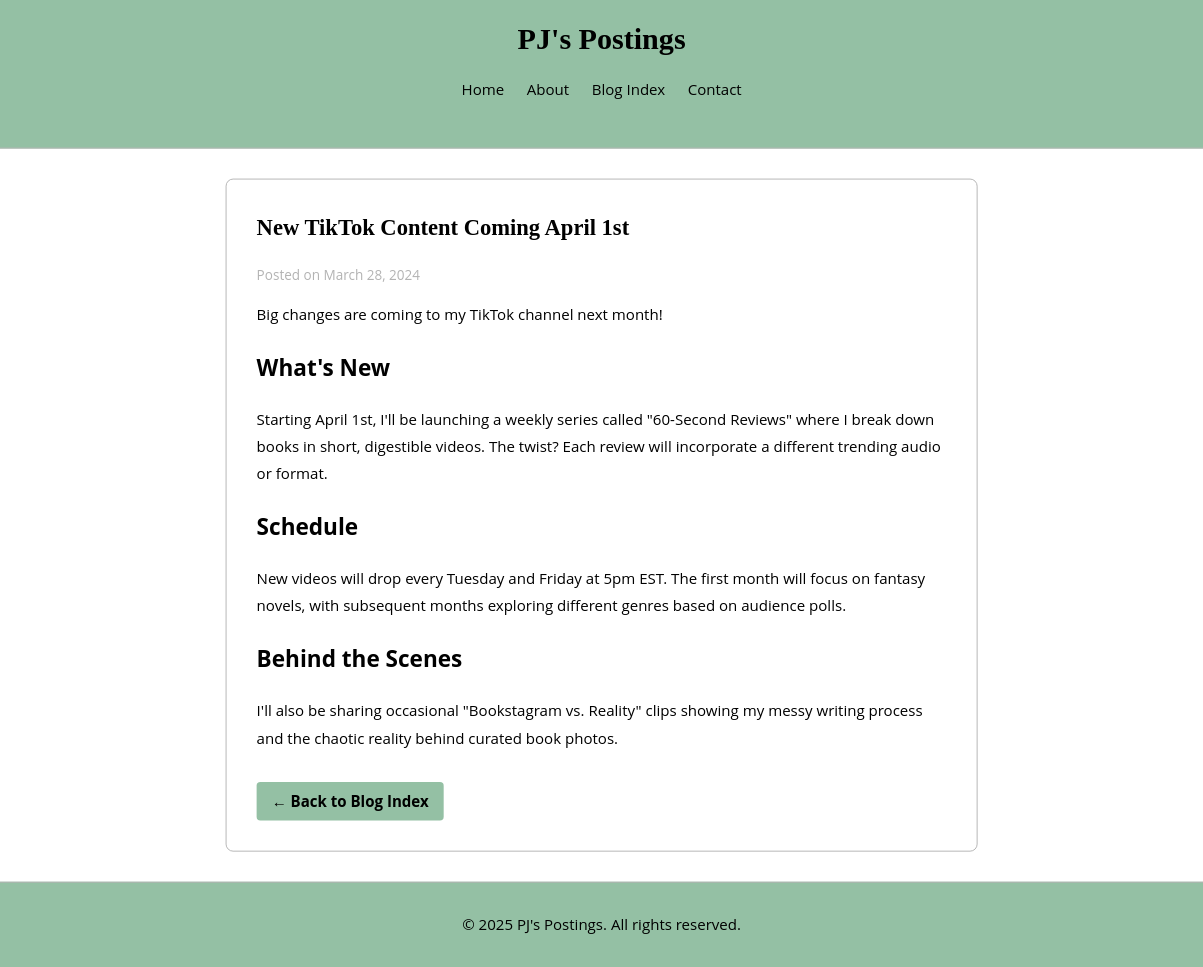
Repository: pjpatrick071/pjpatrick071.github.io
Page: posts/alternate-universes.html
These files come from the project's save history. The page is drawn as it stood at one moment and after the next save; the edit follows.
The browser window is 1280 px wide. The pictures show the whole page, at 94% of full size.

Above is the page before, as saved 2025-04-02 23:38:19.

### posts/alternate-universes.html
<!DOCTYPE html>
<html lang="en">
<head>
    <meta charset="UTF-8">
    <meta name="viewport" content="width=device-width, initial-scale=1.0">
    <title>New TikTok Content | PJ's Postings</title>
    <!-- All the same CSS as snail-trail.html -->
    <style>
        :root {
            --soft-green: #94c0a4;
            --silver: #b3b3b3;
            --black: #000000;
            --white: #ffffff;
        }
        body {
            font-family: 'Open Sans', sans-serif;
            line-height: 1.6;
            margin: 0;
            padding: 0;
            background-color: var(--white);
            color: var(--black);
        }
        header {
            background-color: var(--soft-green);
            padding: 1rem 0;
            text-align: center;
            border-bottom: 1px solid var(--silver);
        }
        .logo {
            font-size: 2rem;
            font-weight: bold;
            margin: 0;
            color: var(--black);
            font-family: 'Playfair Display', serif;
        }
        nav ul {
            padding: 0;
            list-style: none;
            display: flex;
            justify-content: center;
            gap: 1.5rem;
            margin: 1rem 0;
        }
        nav a {
            text-decoration: none;
            color: var(--black);
            font-weight: 500;
            transition: color 0.3s;
        }
        nav a:hover {
            color: var(--silver);
        }
        .container {
            max-width: 800px;
            margin: 2rem auto;
            padding: 0 1rem;
        }
        .blog-post {
            background-color: var(--white);
            border: 1px solid var(--silver);
            border-radius: 8px;
            padding: 2rem;
            margin-bottom: 2rem;
        }
        .post-title {
            color: var(--black);
            margin-top: 0;
            font-family: 'Playfair Display', serif;
        }
        .post-meta {
            color: var(--silver);
            font-size: 0.9rem;
            margin-bottom: 1rem;
        }
        .post-content {
            line-height: 1.8;
            margin-bottom: 2rem;
        }
        .post-content img {
            max-width: 100%;
            height: auto;
            margin: 1rem 0;
            border-radius: 8px;
        }
        .back-to-blog {
            display: inline-block;
            background-color: var(--soft-green);
            color: var(--black);
            padding: 0.5rem 1rem;
            border-radius: 4px;
            text-decoration: none;
            font-weight: bold;
            transition: background-color 0.3s;
        }
        .back-to-blog:hover {
            background-color: #82ad90;
        }
        .social-links {
            display: flex;
            justify-content: center;
            gap: 1rem;
            margin: 1rem 0;
        }
        .social-links a {
            color: var(--black);
            font-size: 1.5rem;
            transition: transform 0.3s;
        }
        .social-links a:hover {
            transform: scale(1.2);
        }
        footer {
            background-color: var(--soft-green);
            text-align: center;
            padding: 1rem 0;
            border-top: 1px solid var(--silver);
            margin-top: 2rem;
        }
    </style>
</head>
<body>
    <header>
        <h1 class="logo">PJ's Postings</h1>
        <nav>
            <ul>
                <li><a href="../index.html">Home</a></li>
                <li><a href="../about.html">About</a></li>
                <li><a href="../blog.html">Blog Index</a></li>
                <li><a href="#">Contact</a></li>
            </ul>
        </nav>
        <div class="social-links">
            <a href="https://www.tiktok.com/@p.j.patrick" target="_blank" rel="noopener noreferrer"><i class="fab fa-tiktok"></i></a>
            <a href="#" target="_blank" rel="noopener noreferrer"><i class="fab fa-instagram"></i></a>
        </div>
    </header>

    <div class="container">
        <article class="blog-post">
            <h1 class="post-title">New TikTok Content Coming April 1st</h1>
            <p class="post-meta">Posted on March 28, 2024</p>

            <div class="post-content">
                <p>Big changes are coming to my TikTok channel next month!</p>

                <h2>What's New</h2>
                <p>Starting April 1st, I'll be launching a weekly series called "60-Second Reviews" where I break down books in short, digestible videos. The twist? Each review will incorporate a different trending audio or format.</p>

                <h2>Schedule</h2>
                <p>New videos will drop every Tuesday and Friday at 5pm EST. The first month will focus on fantasy novels, with subsequent months exploring different genres based on audience polls.</p>

                <h2>Behind the Scenes</h2>
                <p>I'll also be sharing occasional "Bookstagram vs. Reality" clips showing my messy writing process and the chaotic reality behind curated book photos.</p>
            </div>

            <a href="../blog.html" class="back-to-blog">&larr; Back to Blog Index</a>
        </article>
    </div>

    <footer>
        <p>&copy; <script>document.write(new Date().getFullYear());</script> PJ's Postings. All rights reserved.</p>
    </footer>
</body>
</html>

After the next save:
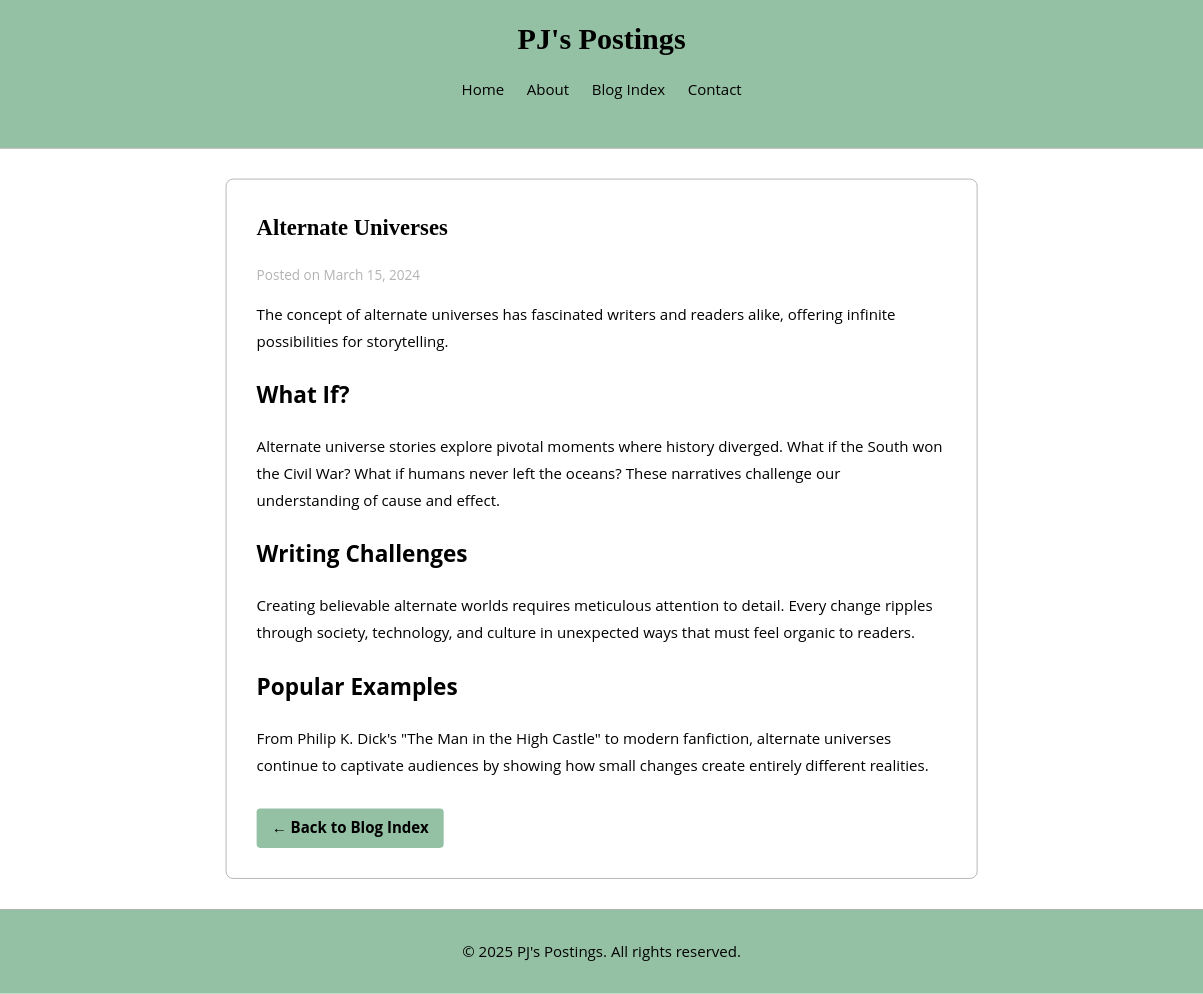
Saved 32 s later.
--- a/posts/alternate-universes.html
+++ b/posts/alternate-universes.html
@@ -137,20 +137,20 @@
 
     <div class="container">
         <article class="blog-post">
-            <h1 class="post-title">New TikTok Content Coming April 1st</h1>
-            <p class="post-meta">Posted on March 28, 2024</p>
+            <h1 class="post-title">Alternate Universes</h1>
+            <p class="post-meta">Posted on March 15, 2024</p>
 
             <div class="post-content">
-                <p>Big changes are coming to my TikTok channel next month!</p>
+                <p>The concept of alternate universes has fascinated writers and readers alike, offering infinite possibilities for storytelling.</p>
 
-                <h2>What's New</h2>
-                <p>Starting April 1st, I'll be launching a weekly series called "60-Second Reviews" where I break down books in short, digestible videos. The twist? Each review will incorporate a different trending audio or format.</p>
+                <h2>What If?</h2>
+                <p>Alternate universe stories explore pivotal moments where history diverged. What if the South won the Civil War? What if humans never left the oceans? These narratives challenge our understanding of cause and effect.</p>
 
-                <h2>Schedule</h2>
-                <p>New videos will drop every Tuesday and Friday at 5pm EST. The first month will focus on fantasy novels, with subsequent months exploring different genres based on audience polls.</p>
+                <h2>Writing Challenges</h2>
+                <p>Creating believable alternate worlds requires meticulous attention to detail. Every change ripples through society, technology, and culture in unexpected ways that must feel organic to readers.</p>
 
-                <h2>Behind the Scenes</h2>
-                <p>I'll also be sharing occasional "Bookstagram vs. Reality" clips showing my messy writing process and the chaotic reality behind curated book photos.</p>
+                <h2>Popular Examples</h2>
+                <p>From Philip K. Dick's "The Man in the High Castle" to modern fanfiction, alternate universes continue to captivate audiences by showing how small changes create entirely different realities.</p>
             </div>
 
             <a href="../blog.html" class="back-to-blog">&larr; Back to Blog Index</a>
